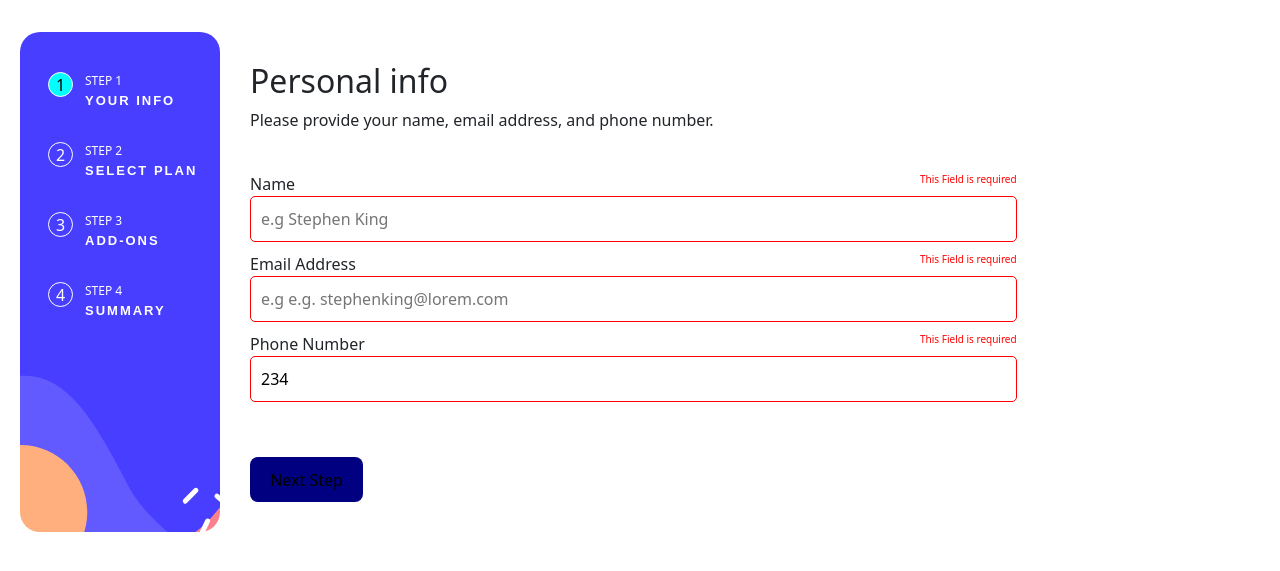
Repository: Celebration-cloud/Multi-Step-Form
Page: /
The author's editor kept a copy of each file at every save. The page is drawn from the files as they stood at one save, then again after a run of saves.
The browser window is 1280 px wide. The pictures show the whole page.
The project was rebuilt for these pictures with package versions that can differ from the ones it lists, and the page was loaded fresh each time. Also part of the build but not shown: vite.config.js, src/GoBack.jsx.

Above is the page before, as saved 2023-11-01 14:14:06.

After the next 3 saves:
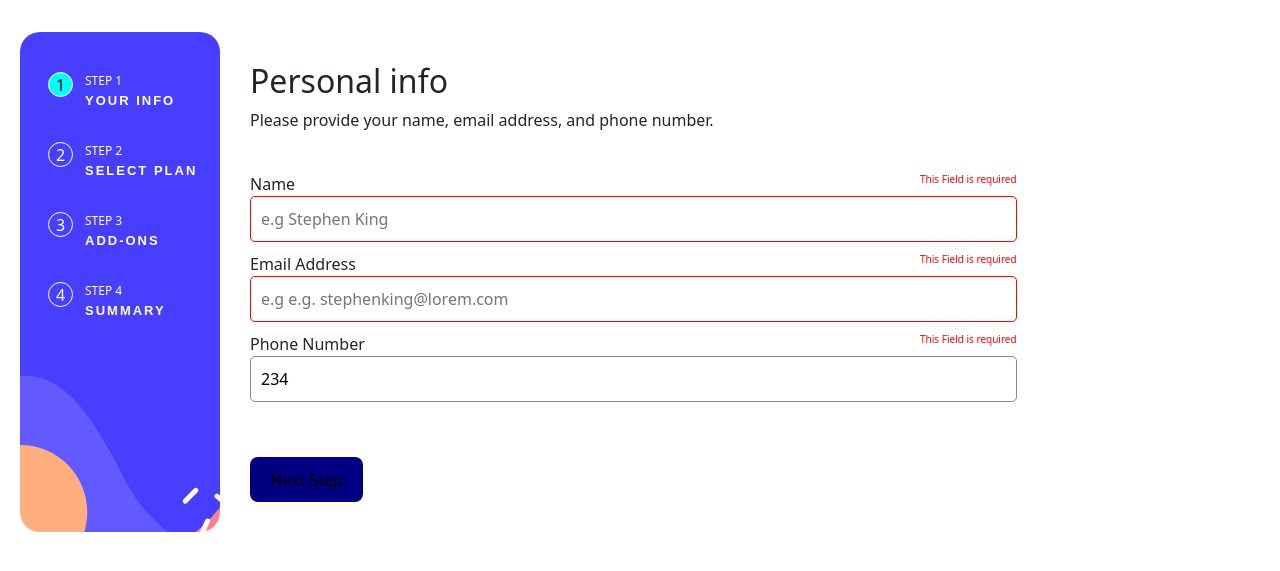
The 3 saves are shown as one change because they came seconds apart.
The last was saved 64 s later.
--- a/src/Procedures/ProceduresList.jsx
+++ b/src/Procedures/ProceduresList.jsx
@@ -102,7 +102,7 @@
       </span>
       <input
         className="formInfo"
-        style={personalData.name.length <= 4 ? { border: "1px solid red" } : {}}
+        style={personalData.phoneNumber.length <= 4 ? { border: "1px solid red" } : {}}
         id="phoneNumber"
         name="phoneNumber"
         value={personalData.phoneNumber}

After the save that followed:
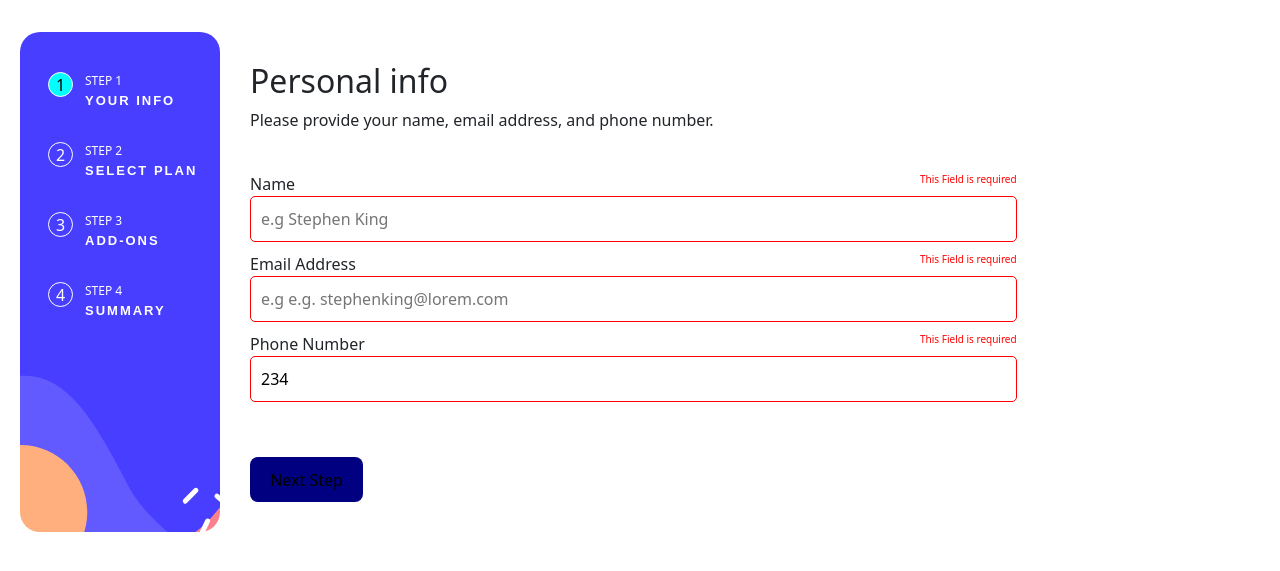
Saved 28 s later.
--- a/src/Procedures/ProceduresList.jsx
+++ b/src/Procedures/ProceduresList.jsx
@@ -102,7 +102,11 @@
       </span>
       <input
         className="formInfo"
-        style={personalData.phoneNumber.length <= 4 ? { border: "1px solid red" } : {}}
+        style={
+          Number(personalData.phoneNumber).toString().length <= 4
+            ? { border: "1px solid red" }
+            : {}
+        }
         id="phoneNumber"
         name="phoneNumber"
         value={personalData.phoneNumber}
